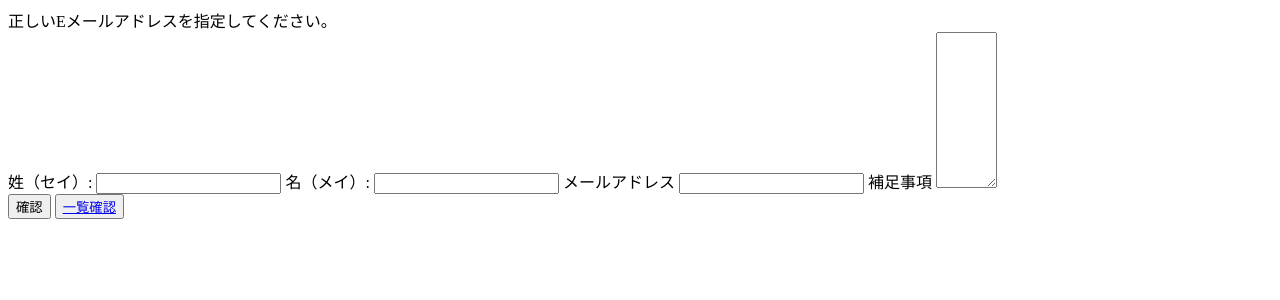
Repository: yoshiryoryo/phpform2
Page: http://localhost/validate.php
An editor plug-in stored every save of this project. The page is shown before and after a run of saves, followed by the edit.
The browser window is 1280 px wide. The pictures show the whole page.
The page is run by PHP 8.4 with error messages shown; the project is at /var/www/html/.

Above is the page before, as saved 2021-03-05 12:14:06.

After the next 2 saves:
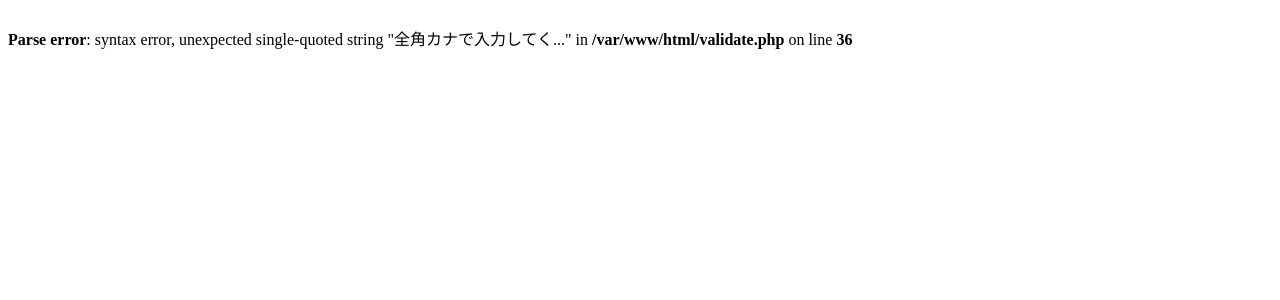
The 2 saves are shown as one change because they came seconds apart.
The last was saved 11 s later.
--- a/validate.php
+++ b/validate.php
@@ -33,7 +33,7 @@
 if(empty($mei)){
     $errorsmei1 =  '名（セイ）は必須項目です。';
   } elseif (preg_match("/^[ァ-ヶー]+$/u", $mei)) {
-    echo '全角カナで入力してください。';
+    $error '全角カナで入力してください。';
   }
 
 // メールアドレスの場合

After the 2 saves that followed:
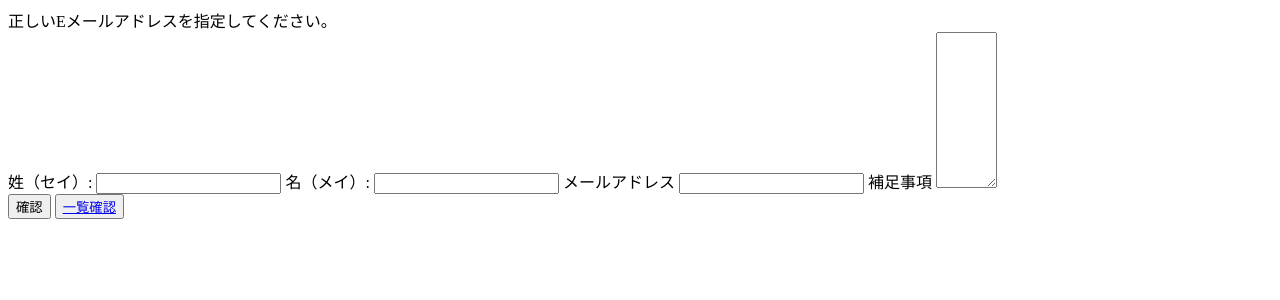
The 2 saves are shown as one change because they came seconds apart.
The last was saved 7 s later.
--- a/validate.php
+++ b/validate.php
@@ -33,7 +33,7 @@
 if(empty($mei)){
     $errorsmei1 =  '名（セイ）は必須項目です。';
   } elseif (preg_match("/^[ァ-ヶー]+$/u", $mei)) {
-    $error '全角カナで入力してください。';
+    $errorsmei2 =  '全角カナで入力してください。';
   }
 
 // メールアドレスの場合
